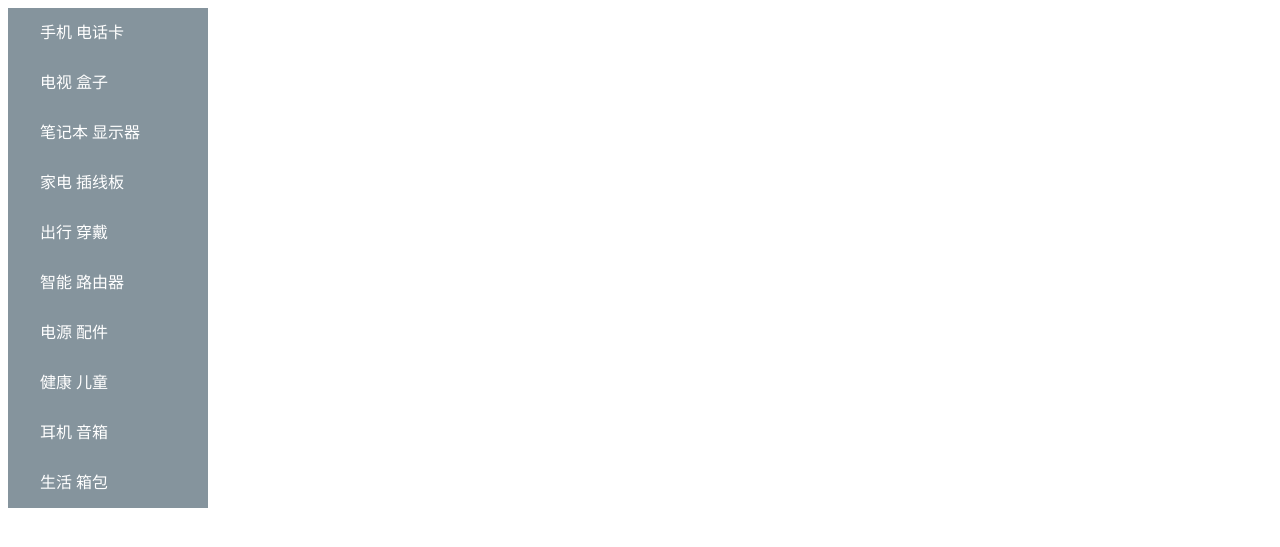
Repository: zhengdeya/web-based
Page: 21-小米侧边栏/index.html
These files come from the project's save history. The page is drawn as it stood at one moment and after the next save; the edit follows.
The browser window is 1280 px wide. The pictures show the whole page.
The pointer rests on the first visible `.sidebar a`.

Above is the page before, as saved 2021-03-29 21:18:08.

### 21-小米侧边栏/index.html
<!DOCTYPE html>
<html lang="en">

<head>
    <meta charset="UTF-8">
    <meta http-equiv="X-UA-Compatible" content="IE=edge">
    <meta name="viewport" content="width=device-width, initial-scale=1.0">
    <title>小米侧边栏</title>
    <link rel="stylesheet" href="style.css">
</head>

<body>
    <div class="sidebar">
        <a href="">手机 电话卡</a>
        <a href="">电视 盒子</a>
        <a href="">笔记本 显示器</a>
        <a href="">家电 插线板</a>
        <a href="">出行 穿戴</a>
        <a href="">智能 路由器</a>
        <a href="">电源 配件</a>
        <a href="">健康 儿童</a>
        <a href="">耳机 音箱</a>
        <a href="">生活 箱包</a>
    </div>
</body>

</html>

### 21-小米侧边栏/style.css
.sidebar a {
    /* 将链接a转换为块级元素 */
    display: block;
    /* 设置背景颜色 */
    background-color: #85949D;
    /* 字体颜色 */
    color: #FFFFFF;
    /* 取消下划线 */
    text-decoration: none;
    width: 200px;
    /* 行间距 */
    line-height: 50px;
    /* 首行缩进2个字符 */
    text-indent: 2em;
}

After the next save:
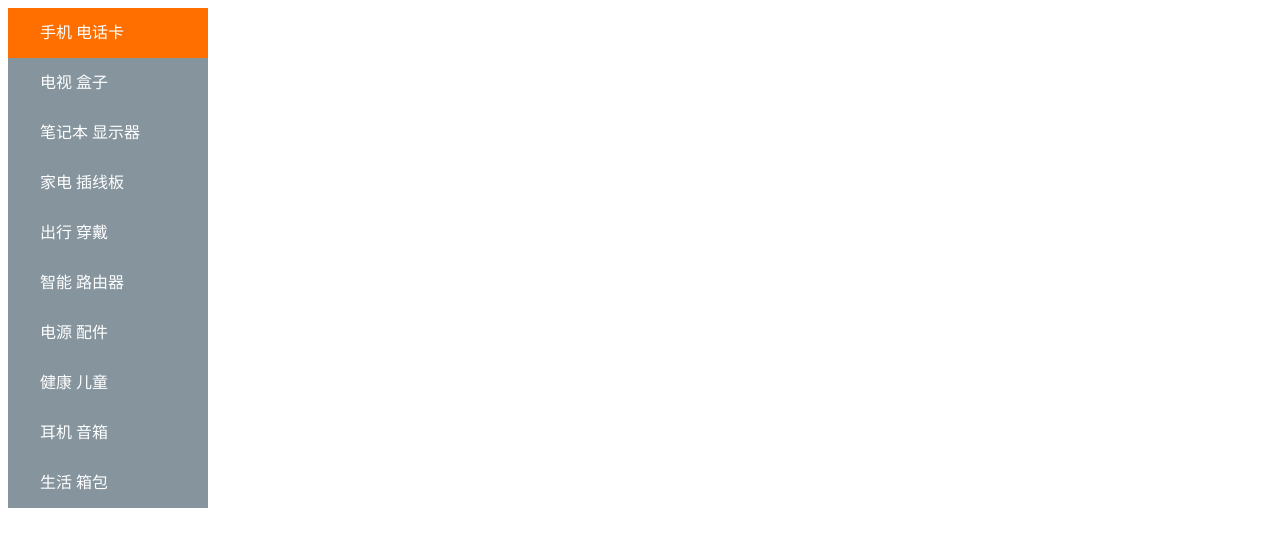
Saved 2 min 39 s later.
--- a/21-小米侧边栏/style.css
+++ b/21-小米侧边栏/style.css
@@ -13,3 +13,7 @@
     /* 首行缩进2个字符 */
     text-indent: 2em;
 }
+
+.sidebar a:hover {
+    background-color: #FF6F00;
+}
